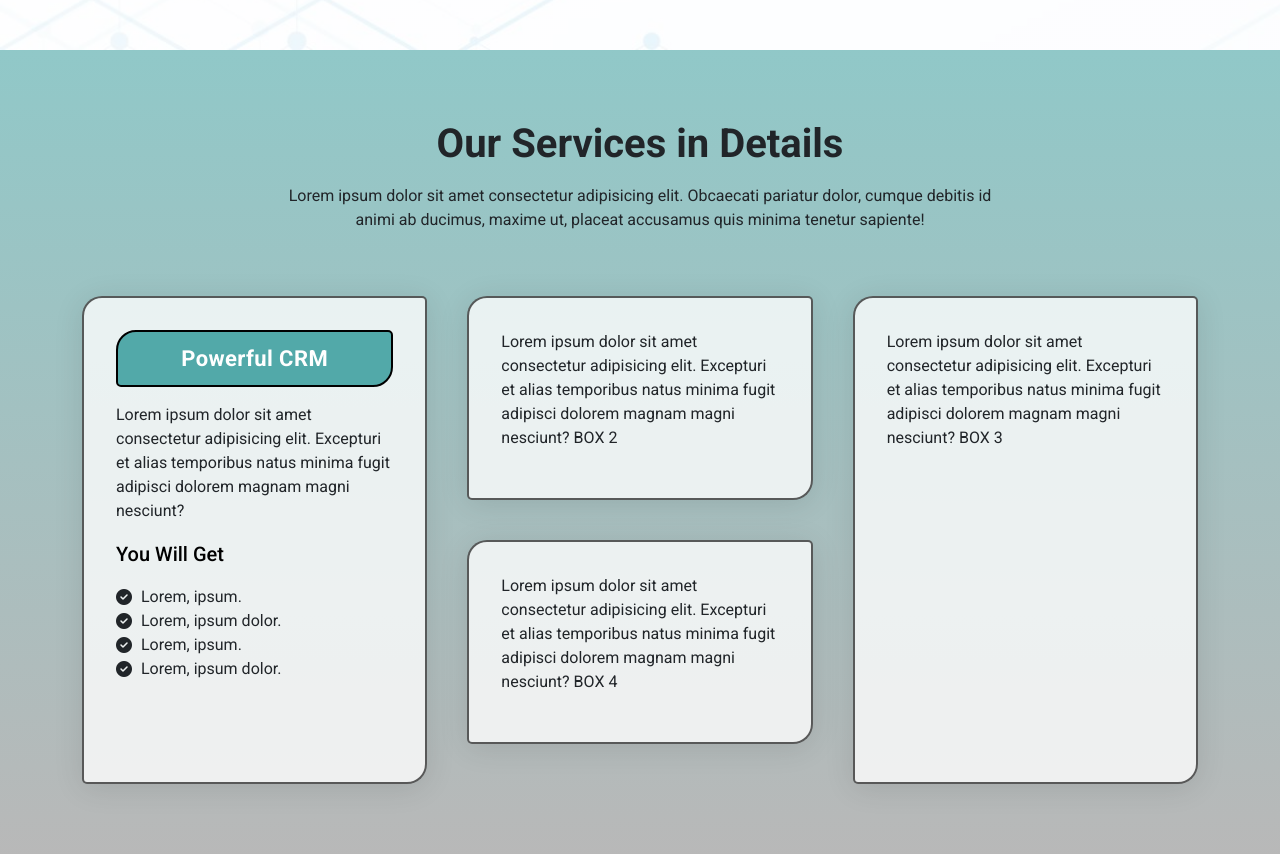
Repository: nazmulalok/landing-page-angelio
Page: index.html
The author's editor kept a copy of each file at every save. The page is drawn from the files as they stood at one save, then again after the next save.
The browser window is 1280 px wide. The pictures show the part of the page from y = 2012 to 2866 px (the page is 2866 px tall).
A picture or video elsewhere on the page could not be fetched, so the positions and the page height are approximate.

Above is the page before, as saved 2022-09-22 12:13:52.

After the next save:
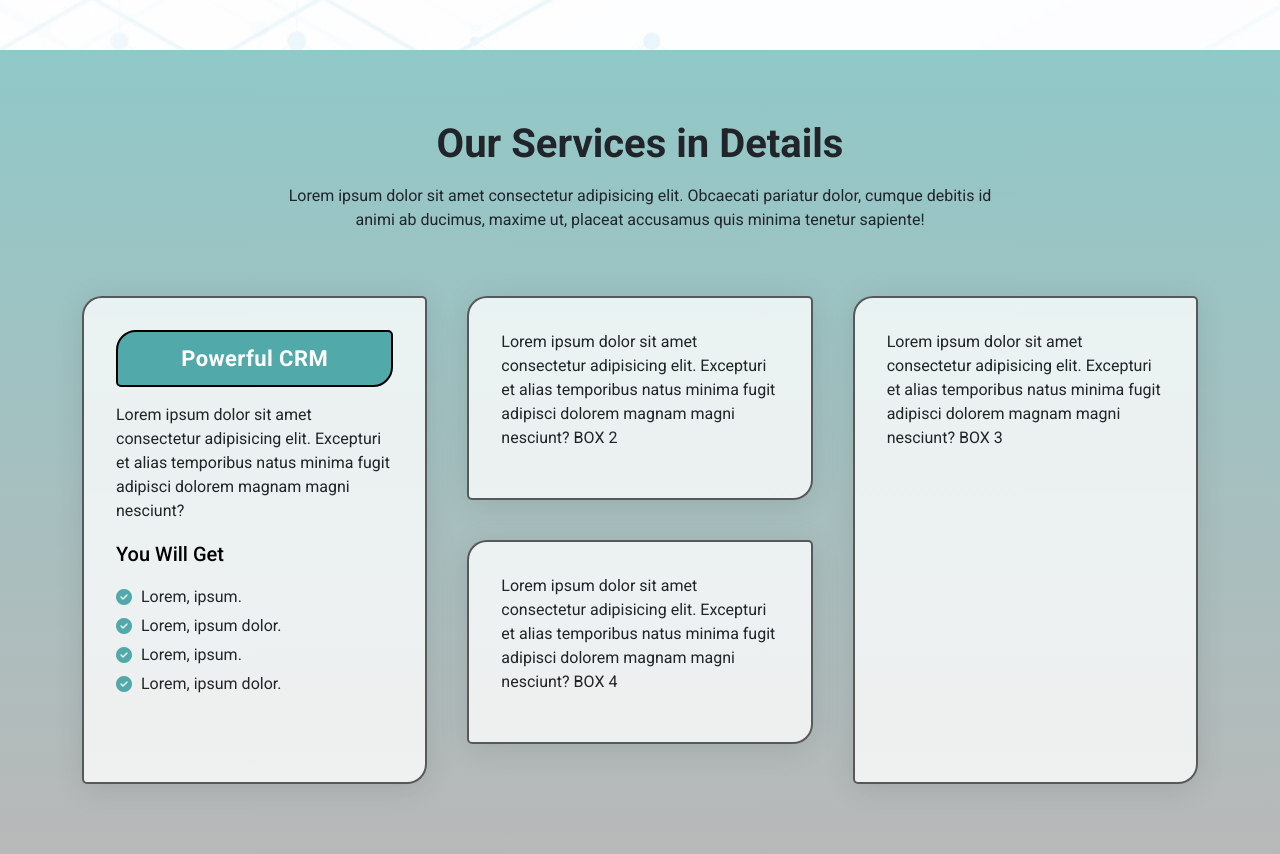
Saved 3 min 54 s later.
--- a/style.css
+++ b/style.css
@@ -377,7 +377,7 @@ span.arrow-text:before {
     letter-spacing: 0.4px;
     margin-bottom: 1rem;
     color: #fff;
-    background: #52a9a9;
+    background: var(--primary-color);
     padding: 10px 15px;
     border-radius: 20px 5px;
     border: 2px solid #000;
@@ -401,6 +401,7 @@ span.arrow-text:before {
 .check-list li {
     position: relative;
     padding-left: 25px;
+    margin-bottom: 5px;
 }
 
 .check-list li:before {
@@ -409,4 +410,5 @@ span.arrow-text:before {
     left: 0;
     content: "\f058";
     font-family: 'fontawesome';
-}
+    color: var(--primary-color);
+}
